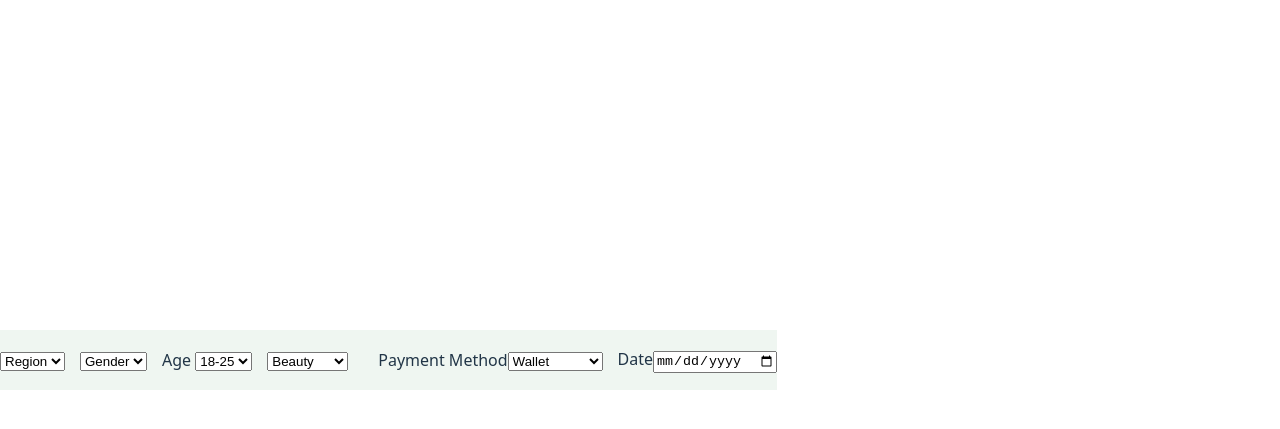
Repository: SandeepYadav18717/TruEstae
Page: / (app in TruEstae/)
These files come from the project's save history. The page is drawn as it stood at one moment and after the next save; the edit follows.
The browser window is 1280 px wide. The pictures show the whole page.
The project was rebuilt for these pictures with package versions that can differ from the ones it lists, and the page was loaded fresh each time. Also part of the build but not shown: TruEstae/vite.config.js, TruEstae/src/App.css, TruEstae/src/Styles/Logo.css, TruEstae/src/Pages/Logo.jsx, TruEstae/src/Styles/search_bar.css, TruEstae/src/components/search_bar.jsx.

Above is the page before, as saved 2025-12-07 00:53:00.

### TruEstae/index.html
<!doctype html>
<html lang="en">
  <head>
    <meta charset="UTF-8" />
    <link rel="icon" type="image/svg+xml" href="/vite.svg" />
    <meta name="viewport" content="width=device-width, initial-scale=1.0" />
    <title>javascript</title>
  </head>
  <body>
    <div id="root"></div>
    <script type="module" src="/src/main.jsx"></script>
  </body>
</html>

### TruEstae/src/App.jsx
import { useState } from 'react'
import reactLogo from './assets/react.svg'
import viteLogo from '/vite.svg'
import './App.css'

import Logo from './Pages/Logo.jsx'
import SearchBar from './components/search_bar.jsx'
import Home from './Pages/Home.jsx'

function App() {
  return (
    <>


     <Home />
    </>
  )
}

export default App

### TruEstae/src/Pages/Home.jsx
import Logo from "./Logo.jsx";
import SearchBar from "../components/search_bar.jsx";
import "../Styles/Home.css";
function Home() {
  return (
    <>
      <div className="Container_Ui">
        <div id="Customer_Region">

          <select>
  <option value="" hidden>Region</option>
  <option>Central</option>
  <option>North</option>
  <option>South</option>
  <option>East</option>
  <option>West</option>
</select>

          </div>

      <div id="Gender">

        <select>
            <option value="" hidden>Gender</option>
          <option>Male</option>
          <option>Female</option>
        </select>
      </div>

      <div id="Age">
        <label>Age </label>
        <select>
          <option>18-25</option>
          <option>26-35</option>
          <option>36-50</option>
          <option>50+</option>
        </select>
      </div>

      <div id="Product_Category">
        <select>
          <option>Beauty</option>
          <option>Electronic</option>
          <option>Clothing</option>
        </select>
      </div>

      <div id="Tags"></div>

      <div id="Payment_Method">
        <label>Payment Method</label>
        <select>
          <option>Wallet</option>
          <option>Cash</option>
          <option>Card</option>
          <option>UPI</option>
          <option>Net Banking</option>
        </select>
      </div>

      <div id="Date">
        <label>Date</label>
        <input type="date" />
      </div>
</div>
    </>
  );
}
export default Home;

### TruEstae/src/Styles/Home.css
.Container_Ui {
  display: flex;
  gap:15px;
  flex-direction: row;
  align-items: center;
  justify-content: center;
  height: 100vh;
  background-color: #eff6f1;
  height:60px;
  width: 100%;
}

Loaded but not shown: TruEstae/src/main.jsx (common file); TruEstae/src/index.css (common file)

After the next save:
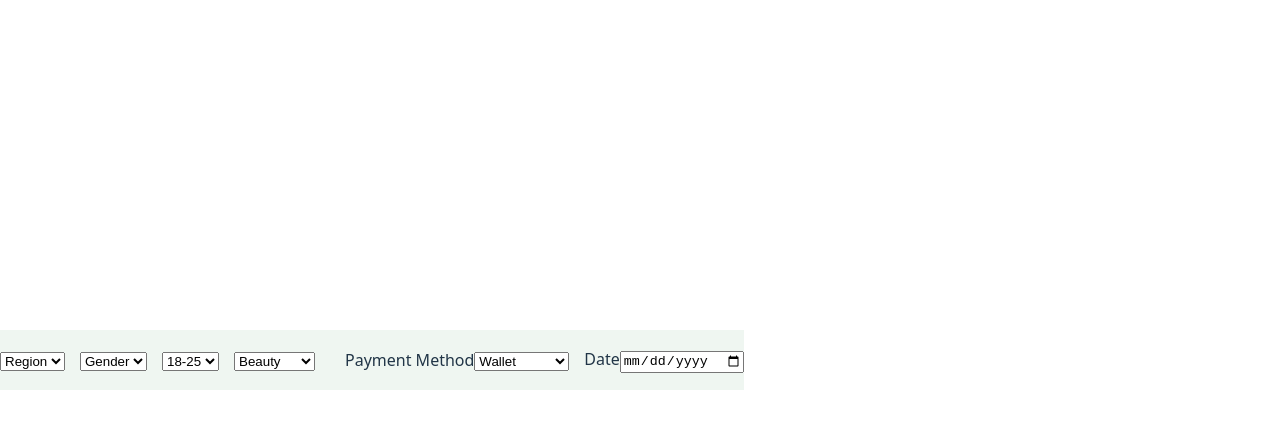
Saved 5 s later.
--- a/TruEstae/src/Pages/Home.jsx
+++ b/TruEstae/src/Pages/Home.jsx
@@ -28,7 +28,7 @@ function Home() {
       </div>
 
       <div id="Age">
-        <label>Age </label>
+
         <select>
           <option>18-25</option>
           <option>26-35</option>
